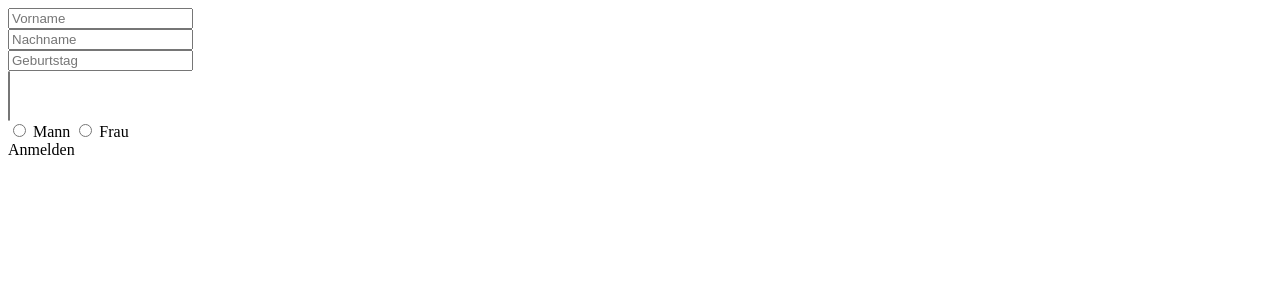
Repository: asdffdsa123/SA-Project
Page: http://localhost/SA-Webapp/
An editor plug-in stored every save of this project. The page is shown before and after the next save, followed by the edit.
The browser window is 1280 px wide. The pictures show the whole page.
The page is served by Tomcat 9. Nobody is signed in. The application's start-up code is not run.

Above is the page before, as saved 2013-11-24 14:59:19.

After the next save:
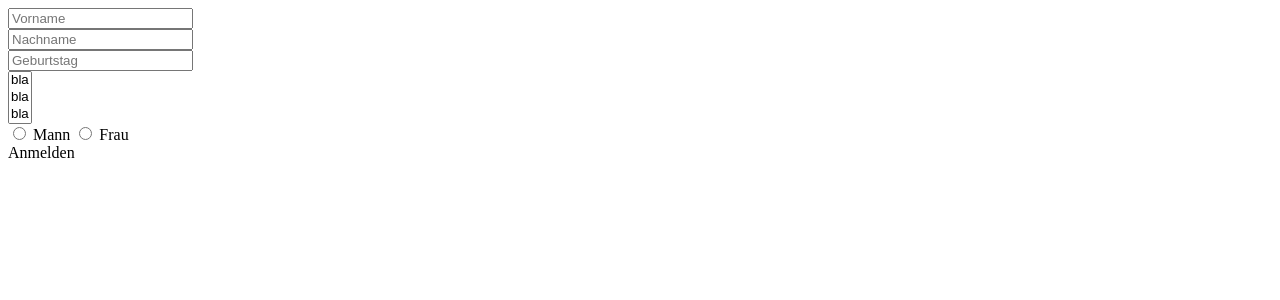
Saved 57 s later.
--- a/SA-Webapp/WAR/index.jsp
+++ b/SA-Webapp/WAR/index.jsp
@@ -9,6 +9,11 @@
 			<input type = "text" placeholder = "Nachname"/> <br/>
 			<input type = "text" placeholder = "Geburtstag"/> <br/>
 			<select name="Fakultt" size="3">
+			<%
+				for(int i = 0; i < 5; i++){
+					out.write("<option>bla</option>");
+				}
+			%>
 		    </select> <br/>
 		    <input type = "radio" name = "gender" value = "Mann"> Mann </input>
 		    <input type = "radio" name = "gender" value = "Frau"> Frau </input> <br/>
